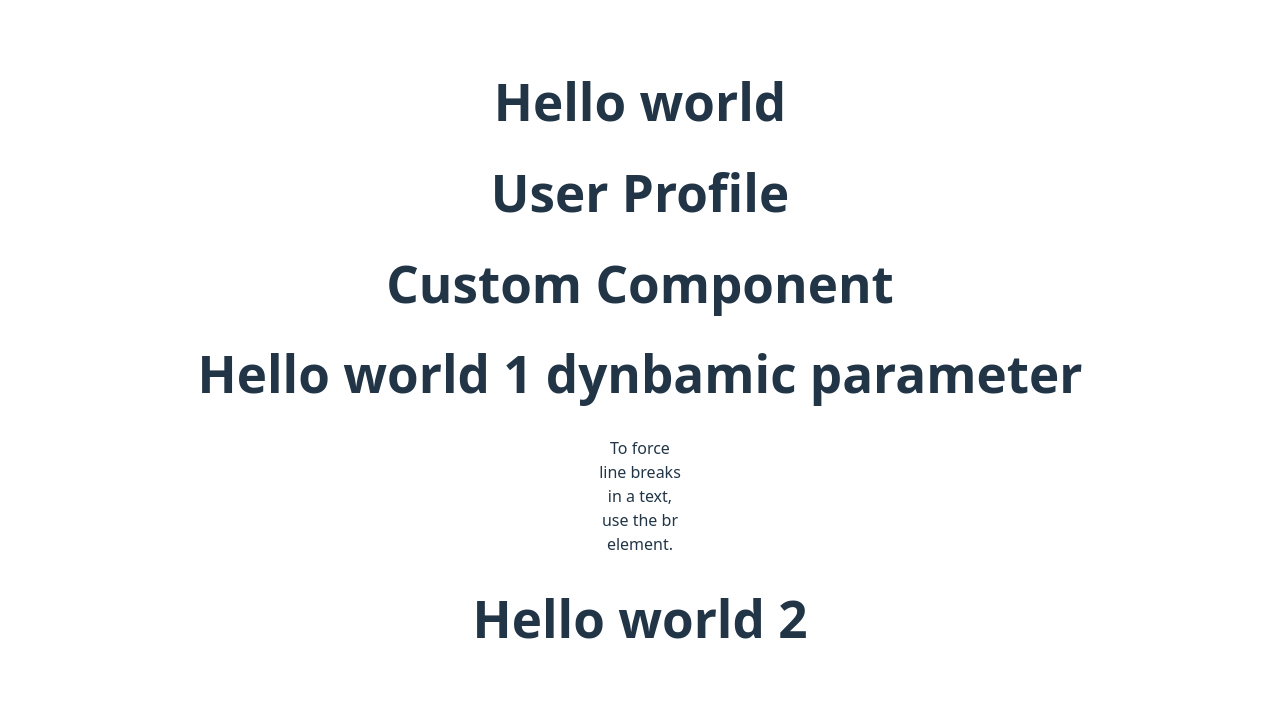
Repository: Janum4444/React-learning
Page: /
The author's editor kept a copy of each file at every save. The page is drawn from the files as they stood at one save, then again after the next save.
The browser window is 1280 px wide. The pictures show the whole page.
The project was rebuilt for these pictures with package versions that can differ from the ones it lists, and the page was loaded fresh each time. Also part of the build but not shown: vite.config.js.

Above is the page before, as saved 2026-02-21 19:57:32.

After the next save:
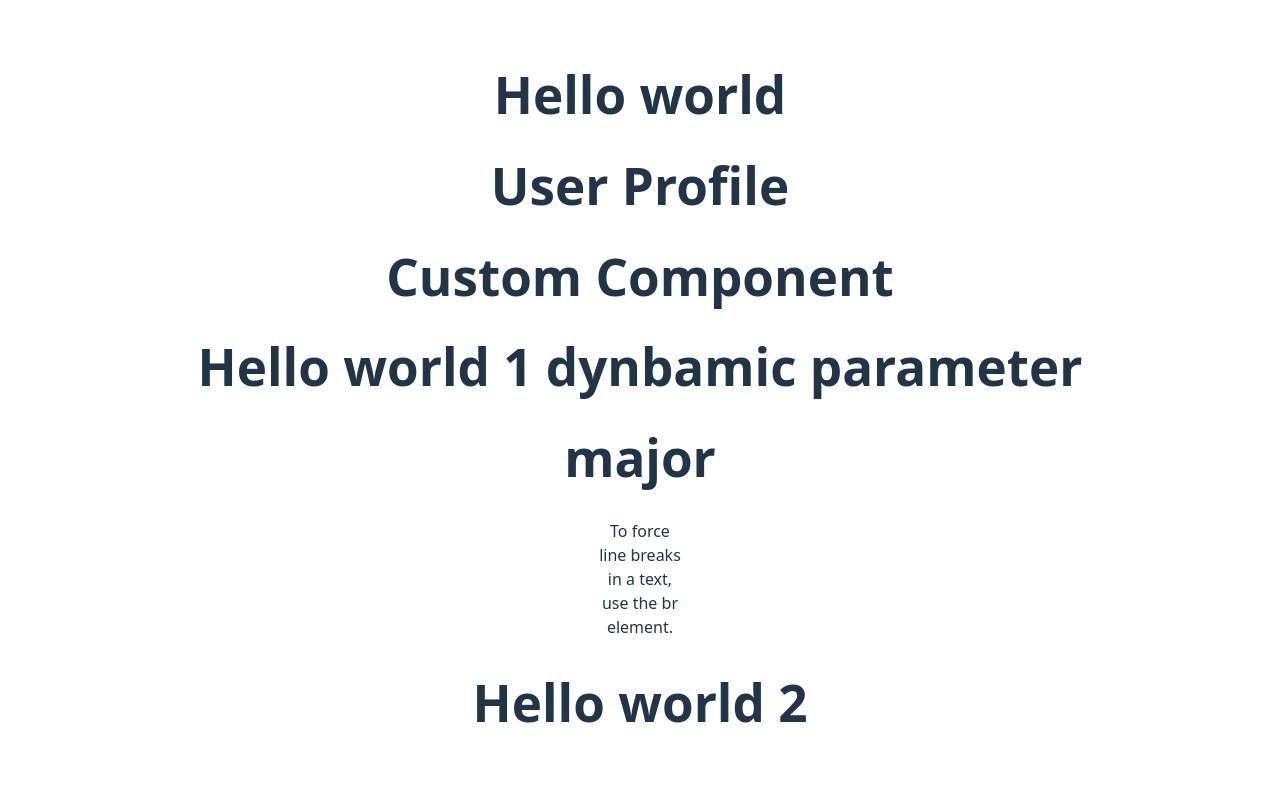
Saved 25 s later.
--- a/src/Hello.jsx
+++ b/src/Hello.jsx
@@ -5,6 +5,7 @@ export const Hello = () => {
         <>
             <div id="hello-container1">
                 <h1> {text}</h1>
+                <h1> { age > 18 ? 'major' : 'minor'}</h1>
             </div>
 
             <p>
